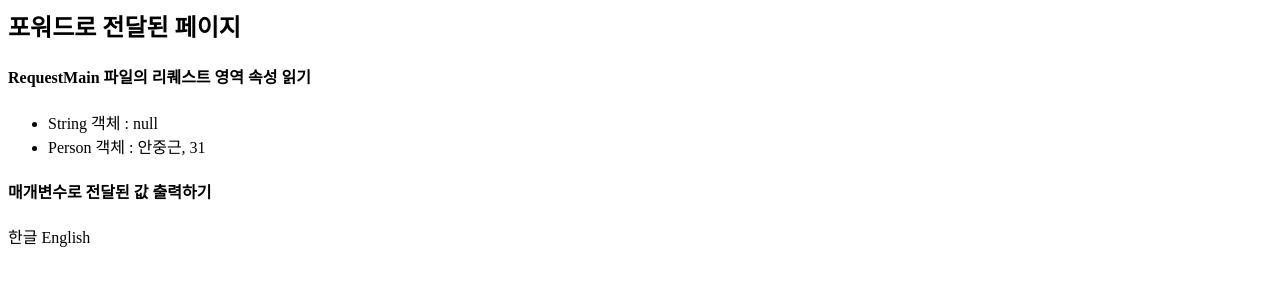
Repository: ljw971125/JSP_Study
Page: http://localhost/Final_Project/03Scope/RequestMain.jsp
An editor plug-in stored every save of this project. The page is shown before and after the next save, followed by the edit.
The browser window is 1280 px wide. The pictures show the whole page.
The page is served by Tomcat 9. Other server files are loaded and not shown.

Above is the page before, as saved 2023-04-21 00:16:53.

### WEB_STUDY/Final_Project/WebContent/03Scope/RequestMain.jsp
<%@ page import="common.Person"%>
<%@ page language="java" contentType="text/html; charset=UTF-8"
    pageEncoding="UTF-8"%>
<%
request.setAttribute("requestString", "request 영역의 문자열");
request.setAttribute("requestPerson", new Person("안중근", 31));
%>
<html>
<head><title>request 영역</title></head>
<body>
    <h2>request 영역의 속성값 삭제하기</h2>
    <%
        request.removeAttribute("requestString");
        request.removeAttribute("requestInteger"); // 에러 없음
    %>
    <h2>request 영역의 속성값 읽기</h2>
    <%
    Person rPerson = (Person)(request.getAttribute("requestPerson"));
    %>
    <ul>
        <li>String 객체 : <%= request.getAttribute("requestString") %></li>
        <li>Person 객체 : <%= rPerson.getName() %>, <%= rPerson.getAge() %></li>
    </ul>
    <h2>포워드된 페이지에서 request 영역 속성값 읽기</h2>
    <%
    request.getRequestDispatcher("RequestForward.jsp?paramHan=한글&paramEng=English")
        .forward(request, response);
    %>
</body>
</html>

### WEB_STUDY/Final_Project/WebContent/03Scope/RequestForward.jsp
<%@ page import="common.Person"%>
<%@ page language="java" contentType="text/html; charset=UTF-8"
    pageEncoding="UTF-8"%>
<html>
<head><title>request 영역</title></head>
<body>
    <h2>포워드로 전달된 페이지</h2>
    <h4>RequestMain 파일의 리퀘스트 영역 속성 읽기</h4>
    <%
    Person pPerson = (Person)(request.getAttribute("requestPerson"));
    %>
    <ul>
        <li>String 객체 : <%= request.getAttribute("requestString") %></li>
        <li>Person 객체 : <%= pPerson.getName() %>, <%= pPerson.getAge() %></li>
    </ul>
    <h4>매개변수로 전달된 값 출력하기</h4>
    <%
        request.setCharacterEncoding("UTF-8");
        out.println(request.getParameter("paramHan"));
        out.println(request.getParameter("paramEng"));
    %>
</body>
</html>

### WEB_STUDY/Final_Project/src/common/Person.java
package common;           // 기본 패키지 이외의 패키지

public class Person {
    private String name;  // private 멤버 변수
    private int age;      // private 멤버 변수

    public Person() {}    // 기본 생성자
    public Person(String name, int age) {
        super();
        this.name = name;
        this.age = age;
    }

    // public getter/setter 메서드들
    public String getName() {
        return name;
    }
    public void setName(String name) {
        this.name = name;
    }
    public int getAge() {
        return age;
    }
    public void setAge(int age) {
        this.age = age;
    }
}

After the next save:
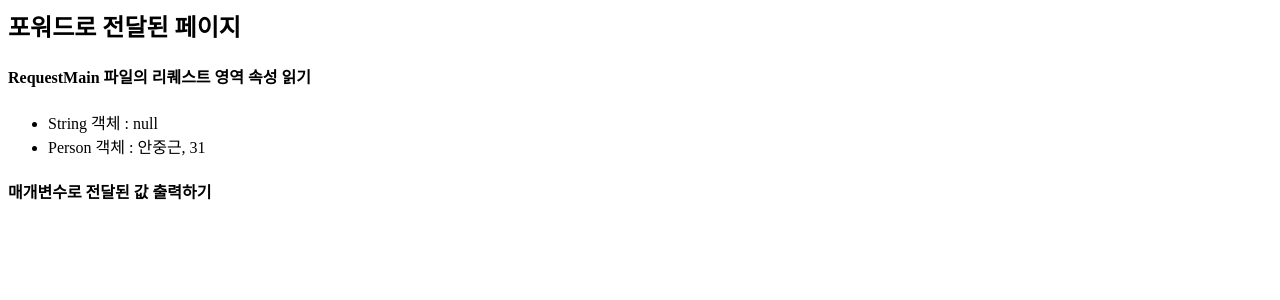
Saved 68 min 0 s later.
--- a/WEB_STUDY/Final_Project/WebContent/03Scope/RequestForward.jsp
+++ b/WEB_STUDY/Final_Project/WebContent/03Scope/RequestForward.jsp
@@ -14,10 +14,10 @@
         <li>Person 객체 : <%= pPerson.getName() %>, <%= pPerson.getAge() %></li>
     </ul>
     <h4>매개변수로 전달된 값 출력하기</h4>
-    <%
+    <%--
         request.setCharacterEncoding("UTF-8");
         out.println(request.getParameter("paramHan"));
         out.println(request.getParameter("paramEng"));
-    %>
+    --%>
 </body>
 </html>
